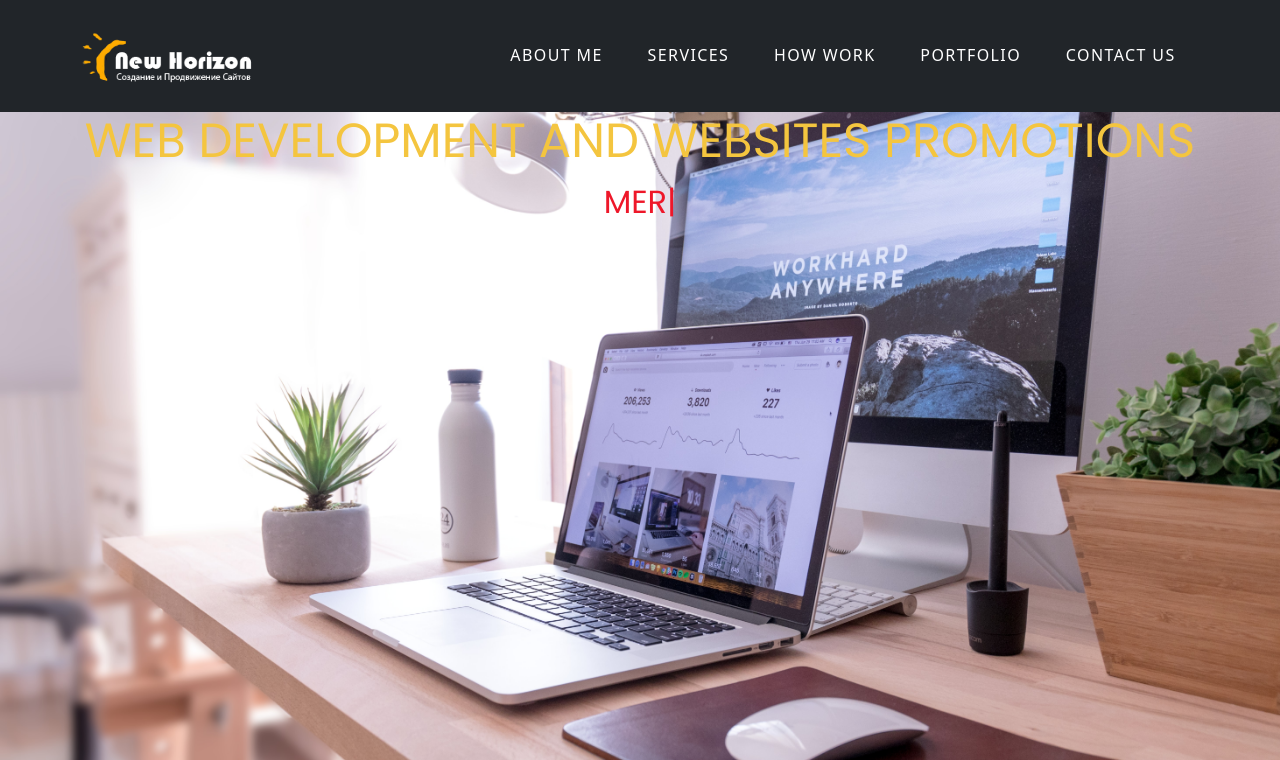
Repository: ahmedibrahimhassan654/React-Bootstrap-5
Page: /
An editor plug-in stored every save of this project. The page is shown before and after the next save, followed by the edit.
The browser window is 1280 px wide. The pictures show the whole page.
The project was rebuilt for these pictures with package versions that can differ from the ones it lists, and the page was loaded fresh each time.

Above is the page before, as saved 2021-11-25 06:53:00.

After the next save:
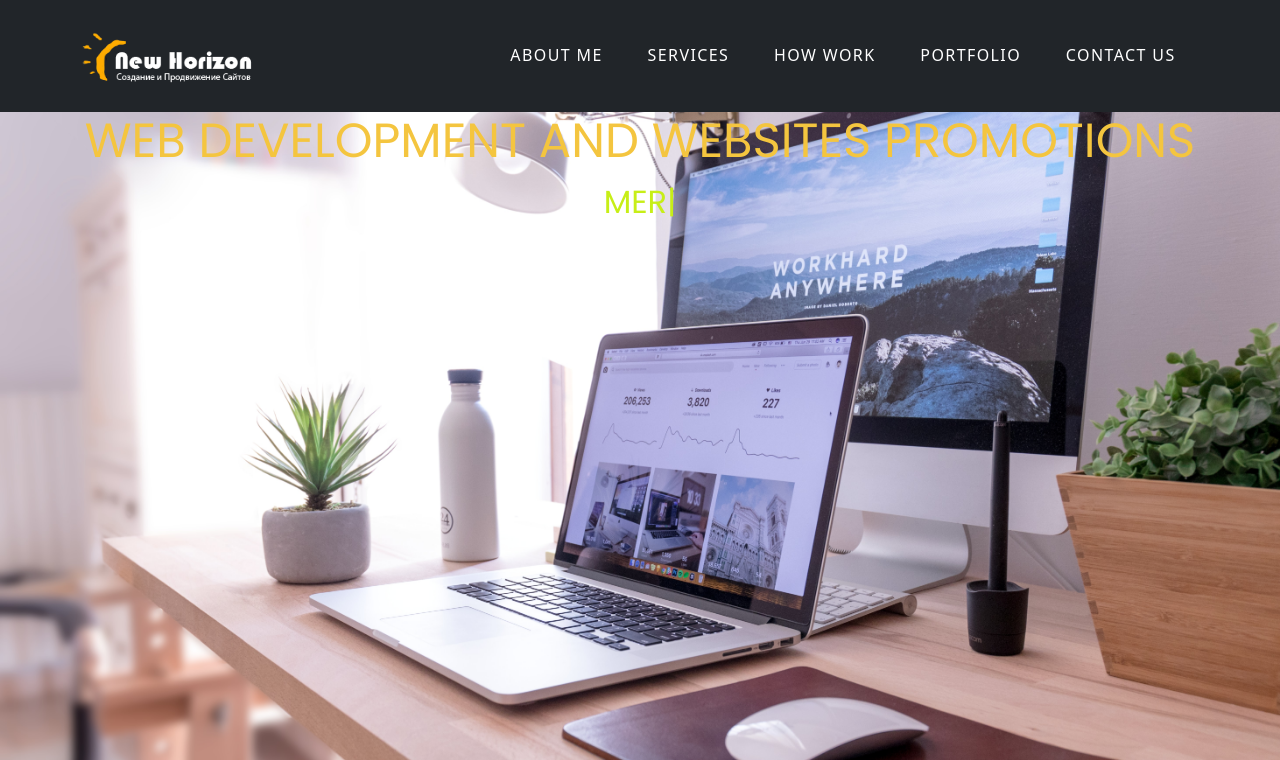
Saved 13 s later.
--- a/src/App.css
+++ b/src/App.css
@@ -68,6 +68,6 @@ nav ul li {
 }
 
 .text-typed {
-  color: #ee1729;
+  color: #c7ee17;
   font-size: 2rem;
 }
